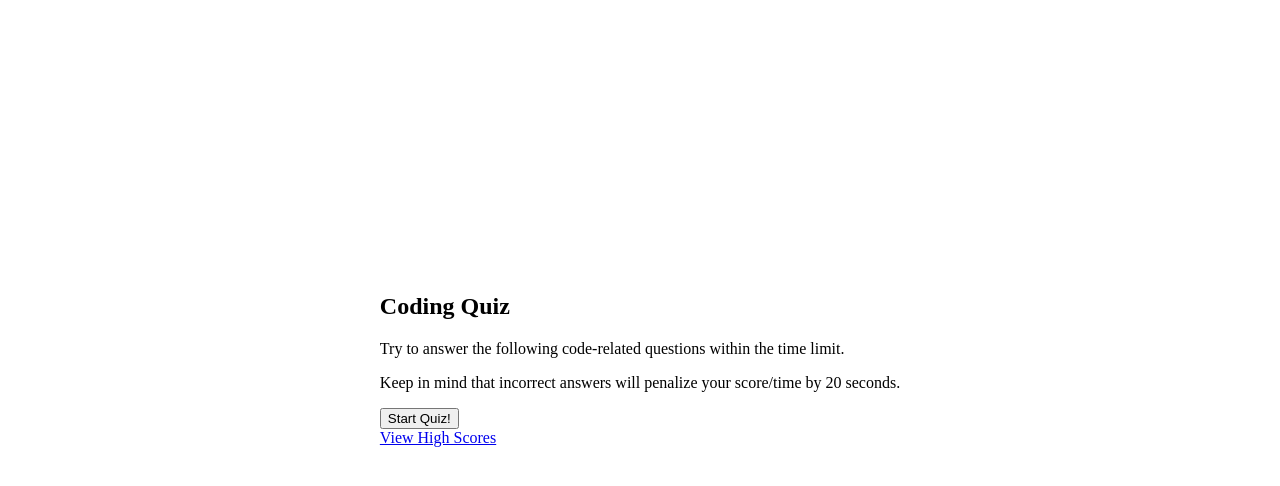
Repository: ziffoit/Code-Quiz
Page: index.html
An editor plug-in stored every save of this project. The page is shown before and after the next save, followed by the edit.
The browser window is 1280 px wide. The pictures show the whole page.

Above is the page before, as saved 2021-03-14 12:49:02.

### index.html
<!DOCTYPE html>
<html lang="en">
  <head>
    <meta charset="UTF-8" />
    <meta name="viewport" content="width=device-width, initial-scale=1.0" />
    <link rel="stylesheet" href="./Assets/style.css" />
    <title>Document</title>
  </head>
  <header>
    <p class="timer"></p>
  </header>
  <body>
    <!-- hide this section -->
    <section id="titlePage">
      <h1>Coding Quiz</h1>
      <p>
        Try to answer the following code-related questions within the time
        limit.
      </p>
      <p>
        Keep in mind that incorrect answers will penalize your score/time by 20
        seconds.
      </p>
      <button id="startQuiz">Start Quiz!</button>
      <div>
        <a href="./highScore.html">View High Scores</a>
      </div>
    </section>
    <section id="quizSection">
      <h1 id="quizQuestion"></h1>
      <div id="previousResult"></div>
    </section>
    <section id="endPage">
      <h1>Finish!</h1>
      <p>
        Your final score is:
        <span id="finalScore"></span>
      </p>
      <form id="initialsForm">
        <input type="text" id="initials" />
        <button type="submit">Submit</button>
      </form>
    </section>
    <script src="./Assets/script.js"></script>
  </body>
</html>

### Assets/style.css
.hidden {
  display: none;
}

body {
  padding: 0;
  margin: 0;
  display: flex;
  width: 100vw;
  height: 100vh;
  justify-content: center;
  align-items: center;
}

### Assets/script.js
var timerCount = 60
var previousResult = document.querySelector("#previousResult")
var startQuizBtn = document.querySelector("#startQuiz")
var titlePage = document.querySelector("#titlePage")
var quizQuestion = document.querySelector("#quizQuestion")
var quizSection = document.querySelector("#quizSection")
var timer;
var timerElement = document.querySelector(".timer")
var endPage = document.querySelector("#endPage")
var finalScore = document.querySelector("#finalScore")
var initials = document.querySelector("#initials")
var initialsForm = document.querySelector("#initialsForm")
var questionsArray = [
    {
        question:"Commonly used data types DO NOT include:",
        answer:["strings", "booleans", "alerts", "numbers"],
        correctAnswer:"alerts"
    },
    {
        question:"The condition within an if/else statement is enclosed within:",
        answer:["quotes", "curly brackets", "parentheses", "square brackets"],
        correctAnswer:"parentheses"
    },
    {
        question:"Arrays in JavaScript can be used to store:",
        answer:["numbers and strings", "other arrays", "booleans", "all of the above"],
        correctAnswer:"all of the above"
    },
]

var questionTracker = 0
endPage.setAttribute("class", "hidden")

//executed when start button is clicked
// local storage for keeping highscores
function startQuiz() {
    questionTracker = 0
    titlePage.setAttribute("class", "hidden")
    timer = setInterval(startTimer, 1000)
    timerElement.textContent = timerCount
    //hide titlePage section show question 1
    previousResult.textContent = ""
    timerElement.removeAttribute("class")
    quizSection.removeAttribute("class")
    renderQuestion()
}

function startTimer() {
    timerCount--
    timerElement.textContent = timerCount
    if (timerCount <= 0) {
        // Clears interval through renderEndPage
        renderEndPage()
    }
}

function renderQuestion() {
    if (questionTracker >= questionsArray.length){
        renderEndPage()
        return
    }
    var currentQuestion = questionsArray[questionTracker]
    quizQuestion.textContent = currentQuestion.question
    for (let i = 0; i < currentQuestion.answer.length; i++) {
        const answer = currentQuestion.answer[i];
        var button = document.createElement("button")
        button.textContent = answer
        button.className = "questionAnswer"
        quizSection.append(button)
        if (answer === currentQuestion.correctAnswer) {
            button.addEventListener("click", correctAnswer)
        } else {
            button.addEventListener("click", incorrectAnswer)
        }
        // when user clicks button for next question questionTracker++
    }
}

function removeButtons() {
    var buttons = document.getElementsByClassName("questionAnswer")
    while (buttons.length > 0) {
        buttons[0].remove()
    }
}

function loadNextQuestion() {
    questionTracker++
    removeButtons()
    renderQuestion()
}

function correctAnswer() {
    loadNextQuestion()
    previousResult.textContent = "Correct!"

}

//timer penalty for wrong answer
function incorrectAnswer() {
    timerCount = timerCount - 20
    timerElement.textContent = timerCount
    previousResult.textContent = "Incorrect!"
    loadNextQuestion()
}

// end of quiz
function renderEndPage() {
    var score = timerCount
    finalScore.textContent = score
    quizSection.setAttribute("class", "hidden")
    timerElement.setAttribute("class", "hidden")
    clearInterval(timer)
    endPage.removeAttribute("class")

}

function saveHighScores(event) {
    event.preventDefault()

    var scoreHistory = JSON.parse(localStorage.getItem("score")) || []
    var currentScore = {
        name: initials.value,
        score: finalScore.textContent
    }

    scoreHistory.push(currentScore)
    localStorage.setItem("score", JSON.stringify(scoreHistory))
    endPage.setAttribute("class", "hidden")
    titlePage.removeAttribute("class")
}

startQuizBtn.addEventListener("click", startQuiz)
initialsForm.addEventListener("submit", saveHighScores)

After the next save:
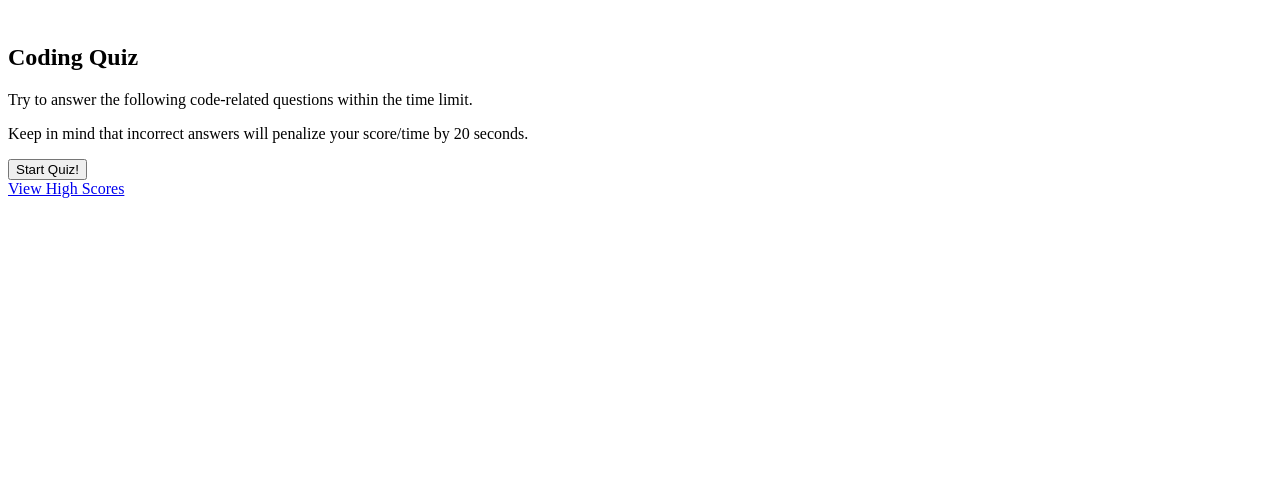
Saved 20 min 5 s later.
--- a/Assets/style.css
+++ b/Assets/style.css
@@ -3,11 +3,7 @@
 }
 
 body {
-  padding: 0;
-  margin: 0;
   display: flex;
-  width: 100vw;
-  height: 100vh;
+  flex-flow: column wrap;
   justify-content: center;
-  align-items: center;
 }
